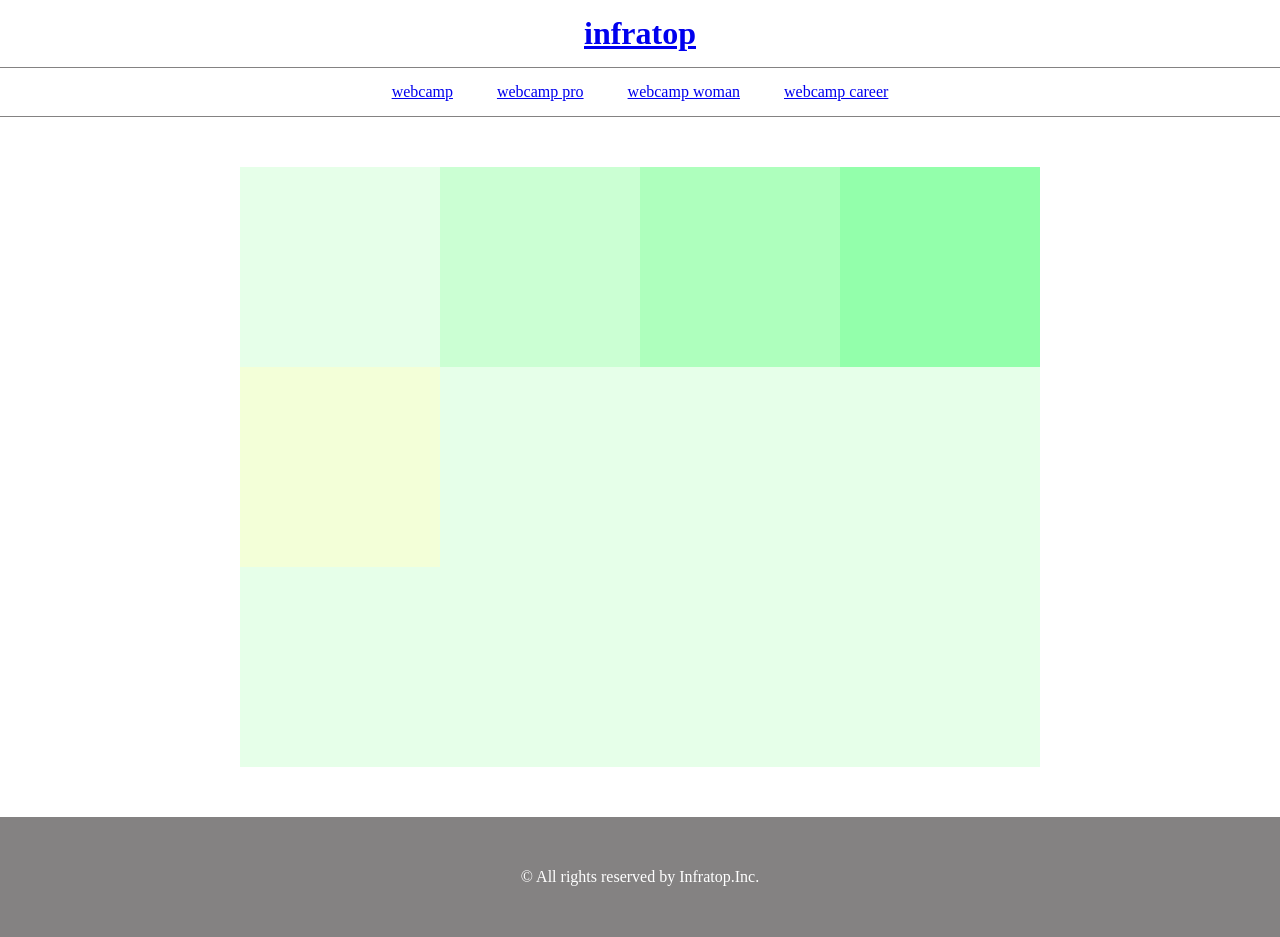
Repository: Nao002/practice
Page: html-practice5/index.html
The author's editor kept a record of every edit. The page is drawn from the files as they stood at one moment, then again after the next edit.
The browser window is 1280 px wide. The pictures show the whole page.

Above is the page before.

After the next edit:
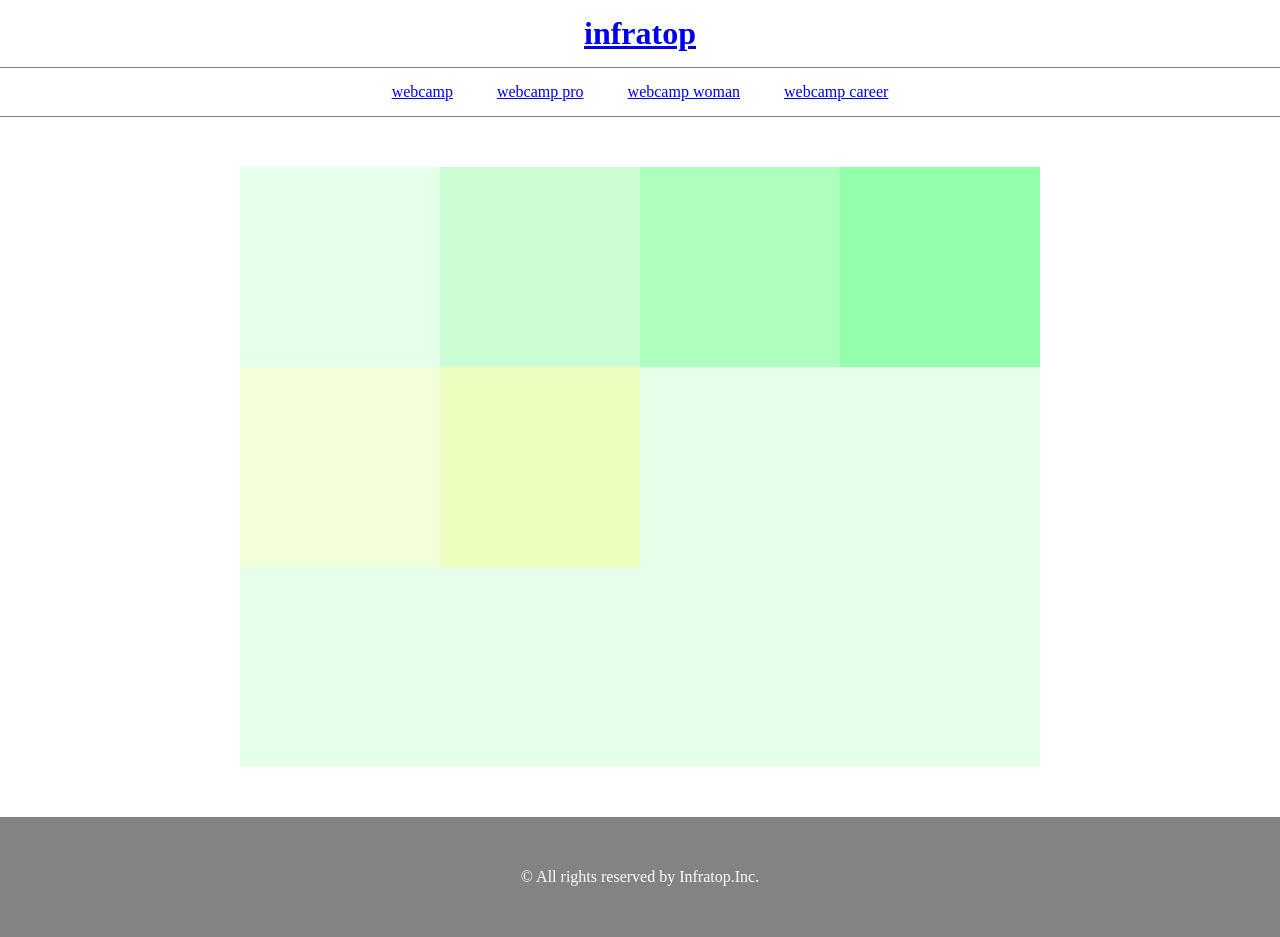
The edit:
--- a/html-practice5/style.css
+++ b/html-practice5/style.css
@@ -72,7 +72,7 @@
 }
 
 .color6{
-  background-color: #e6ffe9
+  background-color: #edffbe;
 }
 .color7{
   background-color: #e6ffe9
